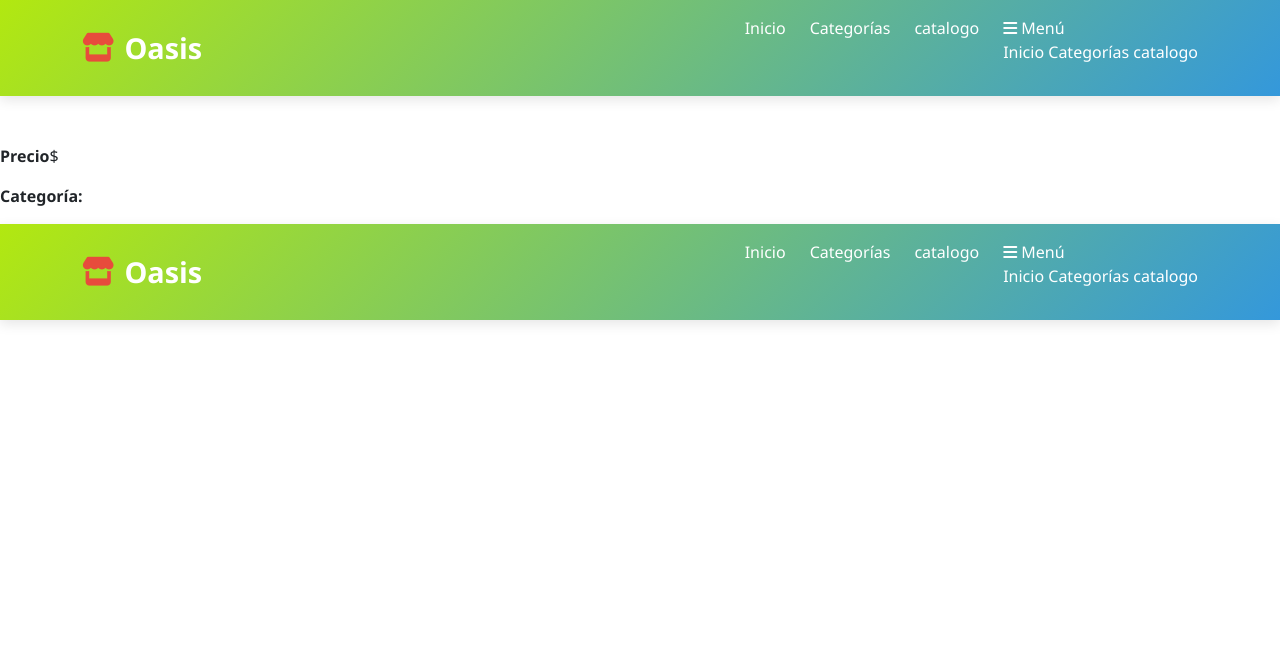
Repository: chicharo2025/oasis
Page: django_techstore/productos/templates/productos/detalle.html
These files come from the project's save history. The page is drawn as it stood at one moment and after a run of saves; the edit follows.
The browser window is 1280 px wide. The pictures show the whole page.
The page is served by the project's application, run on Django 5.2 (django_techstore/manage.py). Other server files are loaded and not shown. The template is opened directly, without the code that normally fills it, so the values that code supplies are empty.

Above is the page before, as saved 2025-04-12 18:06:04.

### django_techstore/productos/templates/productos/detalle.html

{% load static %}
{% include "productos/menu.html" %}
<h2>{{producto.nombre}}</h2>
<img src="{{ producto.imagen.url }}" class="card-img-top" alt="{{ producto.nombre }}">


<p>{{producto.descripcion}}</p>
<p><strong>Precio</strong>${{producto.precio}}</p>
<p><strong>Categoría: </strong>{{ producto.categoria }}</p>

{% include "productos/menu.html" %}

### django_techstore/productos/templates/productos/menu.html
<!DOCTYPE html>
<html lang="es">
<head>
    <meta charset="UTF-8">
    <meta name="viewport" content="width=device-width, initial-scale=1.0">
    <title>{% block title %}Oasis{% endblock %}</title>
    <link rel="stylesheet" href="static css/style.css">
    <link href="https://cdnjs.cloudflare.com/ajax/libs/font-awesome/6.0.0/css/all.min.css" rel="stylesheet">
    <link href="https://cdn.jsdelivr.net/npm/bootstrap@5.3.5/dist/css/bootstrap.min.css" rel="stylesheet" integrity="sha384-SgOJa3DmI69IUzQ2PVdRZhwQ+dy64/BUtbMJw1MZ8t5HZApcHrRKUc4W0kG879m7" crossorigin="anonymous">
</head>
<body>
    <header>
        <div class="container">
            <div class="header-content">
                <div class="logo">
                    <i class="fas fa-store"></i>
                    <span>Oasis</span>
                </div>
                <nav>
                    <ul>
                        <li><a href="{% url 'index' %}">Inicio</a></li>
                        <li><a href="{% url 'categoria' %}">Categorías</a></li>
                        <li><a href="{% url 'catalogo' %}">catalogo</a></li>
                        <li>
                            <a href="#" id="toggle-menu">
                                <i class="fas fa-bars"></i> Menú
                            </a>
                            <div class="menu-desplegable" id="dropdown-menu">
                                <a href="{% url 'index' %}">Inicio</a>
                                <a href="{% url 'categoria' %}">Categorías</a>
                                <a href="{% url 'catalogo' %}">catalogo</a>
                            </div>
                        </li>
                    </ul>
                </nav>
            </div>
        </div>
    </header>


</body>
</html>

### django_techstore/django_techstore/urls.py
from django.contrib import admin
from django.urls import path
from django.conf import settings
from django.conf.urls.static import static
from django.contrib import admin
from django.urls import path, include

urlpatterns = [
    path('admin/', admin.site.urls),
    path('', include('productos.urls')),
]+ static(settings.MEDIA_URL, document_root=settings.MEDIA_ROOT)

### django_techstore/productos/urls.py
from django.urls import path
from .views import index, detalle_producto
from . import views

urlpatterns = [

    path('', index, name='index'),
    path('producto/<int:id_productos>/', detalle_producto, name='detalle_producto'),
    path('categoria/', views.categoria, name='categoria'),
    path('producto/', views.catalogo, name='catalogo'),
]

### django_techstore/static/css/style.css

        :root {
            --primary: #b2e810;
            --secondary: #3498db;
            --accent: #e74c3c;
            --light: #ecf0f1;
            --dark: #2c3e50;
            --success: #2ecc71;
        }

        * {
            margin: 0;
            padding: 0;
            box-sizing: border-box;
            font-family: 'Segoe UI', Tahoma, Geneva, Verdana, sans-serif;
        }

        body {
            background-color: #f5f7fa;
            color: #333;
            line-height: 1.6;
        }

        /* Header Styles */
        header {
            background: linear-gradient(135deg, var(--primary), var(--secondary));
            color: white;
            padding: 1rem 0;
            box-shadow: 0 4px 12px rgba(0, 0, 0, 0.1);
            position: sticky;
            top: 0;
            z-index: 1000;
        }

        .container {
            width: 90%;
            max-width: 1200px;
            margin: 0 auto;
        }

        .header-content {
            display: flex;
            justify-content: space-between;
            align-items: center;
        }

        .logo {
            font-size: 1.8rem;
            font-weight: 700;
            display: flex;
            align-items: center;
        }

        .logo i {
            color: var(--accent);
            margin-right: 10px;
        }

        /* Navigation */
        nav ul {
            display: flex;
            list-style: none;
        }

        nav ul li {
            margin-left: 1.5rem;
            position: relative;
        }

        nav ul li a {
            color: white;
            text-decoration: none;
            font-weight: 500;
            transition: all 0.3s ease;
            padding: 0.5rem 0;
            position: relative;
        }

        nav ul li a:hover {
            color: var(--accent);
        }

        nav ul li a::after {
            content: '';
            position: absolute;
            bottom: 0;
            left: 0;
            width: 0;
            height: 2px;
            background-color: var(--accent);
            transition: width 0.3s ease;
        }

        nav ul li a:hover::after {
            width: 100%;
        }

        .cart-icon {
            position: relative;
        }

        .cart-count {
            position: absolute;
            top: -8px;
            right: -8px;
            background-color: var(--accent);
            color: white;
            border-radius: 50%;
            width: 18px;
            height: 18px;
            display: flex;
            justify-content: center;
            align-items: center;
            font-size: 0.7rem;
            font-weight: bold;
        }

        /* Search Bar */
        .search-container {
            display: flex;
            margin: 1.5rem auto;
            max-width: 600px;
        }

        .search-bar {
            flex: 1;
            padding: 0.8rem 1rem;
            border: none;
            border-radius: 30px 0 0 30px;
            font-size: 1rem;
            box-shadow: 0 2px 10px rgba(0, 0, 0, 0.1);
        }

        .search-btn {
            background-color: var(--secondary);
            color: white;
            border: none;
            padding: 0 1.5rem;
            border-radius: 0 30px 30px 0;
            cursor: pointer;
            transition: background-color 0.3s;
        }

        .search-btn:hover {
            background-color: var(--primary);
        }

        /* Hero Section */
        .hero {
            background: linear-gradient(rgba(0, 0, 0, 0.7), rgba(0, 0, 0, 0.7)), url('https://images.unsplash.com/photo-1580828343064-fde4fc206bc6?ixlib=rb-1.2.1&auto=format&fit=crop&w=1350&q=80') no-repeat center center/cover;
            height: 400px;
            display: flex;
            align-items: center;
            text-align: center;
            color: white;
            margin-bottom: 2rem;
        }

        .hero-content {
            max-width: 800px;
            margin: 0 auto;
        }

        .hero h1 {
            font-size: 2.5rem;
            margin-bottom: 1rem;
            animation: fadeInDown 1s ease;
        }

        .hero p {
            font-size: 1.2rem;
            margin-bottom: 1.5rem;
            animation: fadeInUp 1s ease;
        }

        .btn {
            display: inline-block;
            background-color: var(--accent);
            color: white;
            padding: 0.8rem 1.8rem;
            border-radius: 30px;
            text-decoration: none;
            font-weight: 600;
            transition: all 0.3s ease;
            border: none;
            cursor: pointer;
            animation: fadeIn 1.5s ease;
        }

        .btn:hover {
            background-color: #c0392b;
            transform: translateY(-3px);
            box-shadow: 0 10px 20px rgba(0, 0, 0, 0.2);
        }

        /* Categories Section */
        .section-title {
            text-align: center;
            margin: 2rem 0;
            font-size: 2rem;
            color: var(--primary);
            position: relative;
        }

        .section-title::after {
            content: '';
            display: block;
            width: 80px;
            height: 4px;
            background-color: var(--secondary);
            margin: 0.5rem auto;
        }

        .categories {
            display: grid;
            grid-template-columns: repeat(auto-fit, minmax(250px, 1fr));
            gap: 1.5rem;
            margin-bottom: 3rem;
        }

        .category-card {
            background-color: white;
            border-radius: 10px;
            overflow: hidden;
            box-shadow: 0 5px 15px rgba(0, 0, 0, 0.1);
            transition: all 0.3s ease;
            cursor: pointer;
        }

        .category-card:hover {
            transform: translateY(-10px);
            box-shadow: 0 15px 30px rgba(0, 0, 0, 0.2);
        }

        .category-img {
            height: 150px;
            overflow: hidden;
        }

        .category-img img {
            width: 100%;
            height: 100%;
            object-fit: cover;
            transition: transform 0.5s ease;
        }

        .category-card:hover .category-img img {
            transform: scale(1.1);
        }

        .category-info {
            padding: 1.5rem;
            text-align: center;
        }

        .category-info h3 {
            margin-bottom: 0.5rem;
            color: var(--primary);
        }

        /* Products Section */
        .products {
            display: grid;
            grid-template-columns: repeat(auto-fit, minmax(280px, 1fr));
            gap: 2rem;
            margin-bottom: 3rem;
        }

        .product-card {
            background-color: white;
            border-radius: 10px;
            overflow: hidden;
            box-shadow: 0 5px 15px rgba(0, 0, 0, 0.1);
            transition: all 0.3s ease;
            position: relative;
        }

        .product-card:hover {
            transform: translateY(-5px);
            box-shadow: 0 10px 25px rgba(0, 0, 0, 0.15);
        }

        .product-badge {
            position: absolute;
            top: 10px;
            right: 10px;
            background-color: var(--accent);
            color: white;
            padding: 0.3rem 0.6rem;
            border-radius: 20px;
            font-size: 0.8rem;
            font-weight: bold;
        }

        .product-img {
            height: 180px;
            overflow: hidden;
            border-bottom: 1px solid #eee;
        }

        .product-img img {
            width: 100%;
            height: 100%;
            object-fit: contain;
            padding: 1rem;
            transition: transform 0.5s ease;
        }

        .product-card:hover .product-img img {
            transform: scale(1.05);
        }

        .product-info {
            padding: 1.5rem;
        }

        .product-info h3 {
            margin-bottom: 0.5rem;
            color: var(--primary);
        }

        .product-price {
            display: flex;
            justify-content: space-between;
            align-items: center;
            margin-top: 1rem;
        }

        .price {
            font-weight: bold;
            font-size: 1.2rem;
            color: var(--secondary);
        }

        .old-price {
            text-decoration: line-through;
            color: #999;
            font-size: 0.9rem;
            margin-right: 0.5rem;
        }

        .add-to-cart {
            background-color: var(--primary);
            color: white;
            border: none;
            padding: 0.5rem 1rem;
            border-radius: 5px;
            cursor: pointer;
            transition: all 0.3s ease;
        }

        .add-to-cart:hover {
            background-color: var(--secondary);
        }

        /* Offers Section */
        .offers {
            margin-bottom: 3rem;
        }

        .offer-banner {
            background: linear-gradient(135deg, var(--secondary), var(--primary));
            color: white;
            padding: 2rem;
            border-radius: 10px;
            text-align: center;
            margin-bottom: 2rem;
            position: relative;
            overflow: hidden;
        }

        .offer-banner::before {
            content: '';
            position: absolute;
            top: -50%;
            left: -50%;
            width: 200%;
            height: 200%;
            background: radial-gradient(circle, rgba(255,255,255,0.1) 0%, rgba(255,255,255,0) 70%);
            animation: pulse 6s infinite linear;
        }

        .offer-banner h2 {
            font-size: 2rem;
            margin-bottom: 1rem;
            position: relative;
        }

        .offer-banner p {
            font-size: 1.2rem;
            margin-bottom: 1.5rem;
            position: relative;
        }

        .timer {
            display: flex;
            justify-content: center;
            gap: 1rem;
            margin-bottom: 1.5rem;
            position: relative;
        }

        .timer-item {
            background-color: rgba(255, 255, 255, 0.2);
            padding: 0.5rem 1rem;
            border-radius: 5px;
            min-width: 60px;
        }

        .timer-item span:first-child {
            font-size: 1.5rem;
            font-weight: bold;
            display: block;
        }

        .timer-item span:last-child {
            font-size: 0.8rem;
            text-transform: uppercase;
        }

        /* Footer */
        footer {
            background-color: var(--dark);
            color: white;
            padding: 3rem 0 1rem;
        }

        .footer-content {
            display: grid;
            grid-template-columns: repeat(auto-fit, minmax(200px, 1fr));
            gap: 2rem;
            margin-bottom: 2rem;
        }

        .footer-column h3 {
            font-size: 1.2rem;
            margin-bottom: 1.5rem;
            position: relative;
            padding-bottom: 0.5rem;
        }

        .footer-column h3::after {
            content: '';
            position: absolute;
            bottom: 0;
            left: 0;
            width: 40px;
            height: 2px;
            background-color: var(--secondary);
        }

        .footer-column ul {
            list-style: none;
        }

        .footer-column ul li {
            margin-bottom: 0.8rem;
        }

        .footer-column ul li a {
            color: #bbb;
            text-decoration: none;
            transition: color 0.3s ease;
        }

        .footer-column ul li a:hover {
            color: var(--secondary);
        }

        .social-links {
            display: flex;
            gap: 1rem;
        }

        .social-links a {
            color: white;
            background-color: rgba(255, 255, 255, 0.1);
            width: 40px;
            height: 40px;
            border-radius: 50%;
            display: flex;
            justify-content: center;
            align-items: center;
            transition: all 0.3s ease;
        }

        .social-links a:hover {
            background-color: var(--secondary);
            transform: translateY(-3px);
        }

        .footer-bottom {
            text-align: center;
            padding-top: 1.5rem;
            border-top: 1px solid rgba(255, 255, 255, 0.1);
            color: #bbb;
            font-size: 0.9rem;
        }

        /* Animations */
        @keyframes fadeIn {
            from { opacity: 0; }
            to { opacity: 1; }
        }

        @keyframes fadeInDown {
            from {
                opacity: 0;
                transform: translateY(-20px);
            }
            to {
                opacity: 1;
                transform: translateY(0);
            }
        }

        @keyframes fadeInUp {
            from {
                opacity: 0;
                transform: translateY(20px);
            }
            to {
                opacity: 1;
                transform: translateY(0);
            }
        }

        @keyframes pulse {
            0% { transform: rotate(0deg); }
            100% { transform: rotate(360deg); }
        }

        /* Responsive Design */
        @media (max-width: 768px) {
            .header-content {
                flex-direction: column;
                text-align: center;
            }

            nav ul {
                margin-top: 1rem;
                flex-wrap: wrap;
                justify-content: center;
            }

            nav ul li {
                margin: 0.5rem;
            }

            .hero h1 {
                font-size: 2rem;
            }

            .hero p {
                font-size: 1rem;
            }
        }

### django_techstore/productos/templates/productos/footer.html
    <!-- Footer -->
    <footer>
        <div class="container">
            <div class="footer-content">
                <div class="footer-column">
                    <h3>Sobre Oasis</h3>
                    <p>Somos la plataforma líder en distribución de licencias digitales, ofreciendo los mejores precios y servicio al cliente.</p>
                    <div class="social-links">
                        <a href="#"><i class="fab fa-facebook-f"></i></a>
                        <a href="#"><i class="fab fa-twitter"></i></a>
                        <a href="#"><i class="fab fa-instagram"></i></a>
                        <a href="#"><i class="fab fa-linkedin-in"></i></a>
                    </div>
                </div>
                <div class="footer-column">
                    <h3>Enlaces Rápidos</h3>
                    <ul>
                        <li><a href="#inicio">Inicio</a></li>
                        <li><a href="#categorias">Categorías</a></li>
                        <li><a href="#productos">Productos</a></li>
                        <li><a href="#ofertas">Ofertas</a></li>
                        <li><a href="#carrito">Carrito</a></li>
                    </ul>
                </div>
                <div class="footer-column">
                    <h3>Información</h3>
                    <ul>
                        <li><a href="#">Términos y Condiciones</a></li>
                        <li><a href="#">Política de Privacidad</a></li>
                        <li><a href="#">Preguntas Frecuentes</a></li>
                        <li><a href="#">Métodos de Pago</a></li>
                        <li><a href="#">Garantía</a></li>
                    </ul>
                </div>
                <div class="footer-column">
                    <h3>Contacto</h3>
                    <ul>
                        <li><i class="fas fa-envelope"></i> info@oasislicencias.com</li>
                        <li><i class="fas fa-phone"></i> +1 (555) 123-4567</li>
                        <li><i class="fas fa-map-marker-alt"></i> 123 Digital Street, Internet City</li>
                    </ul>
                </div>
            </div>
            <div class="footer-bottom">
                <p>&copy; 2023 Oasis - Licencias Digitales. Todos los derechos reservados.</p>
            </div>
        </div>
    </footer>


</body>
</html>
</body>
</html>

After the next 3 saves:
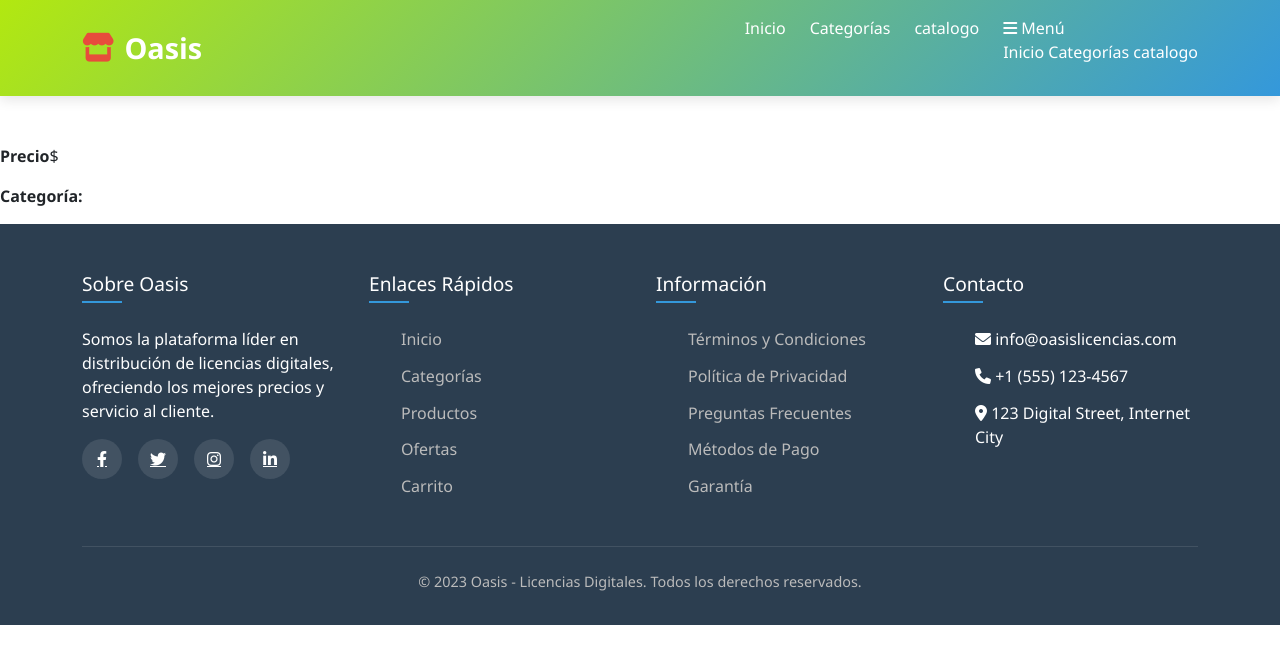
The 3 saves are shown as one change because they came seconds apart.
The last was saved 9 s later.
--- a/django_techstore/productos/templates/productos/detalle.html
+++ b/django_techstore/productos/templates/productos/detalle.html
@@ -9,4 +9,4 @@
 <p><strong>Precio</strong>${{producto.precio}}</p>
 <p><strong>Categoría: </strong>{{ producto.categoria }}</p>
 
-{% include "productos/menu.html" %}
+{% include "productos/footer.html" %}
